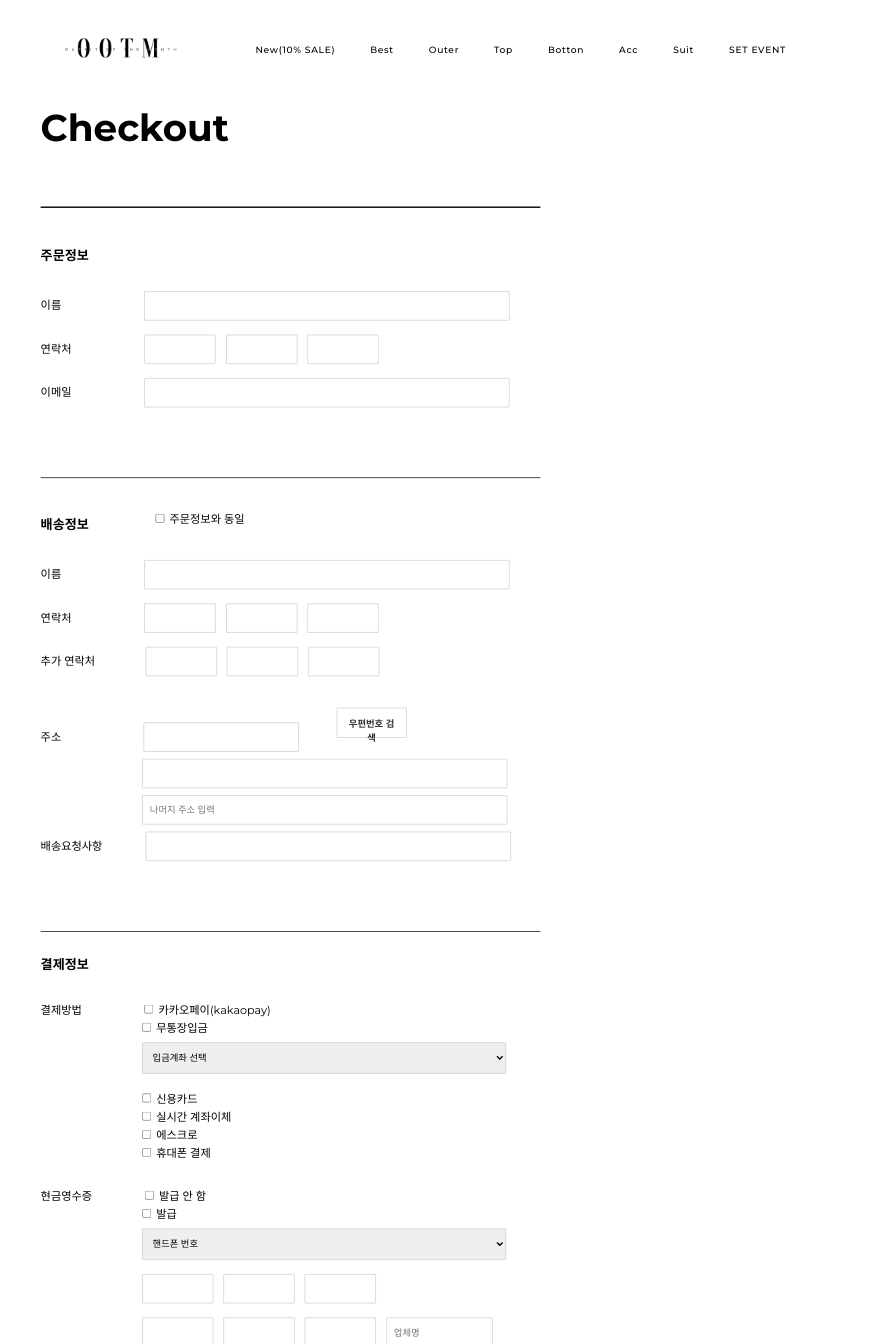
Repository: parkjunhoo/ootm
Page: ootm/src/main/webapp/html/payment_non_members.html
These files come from the project's save history. The page is drawn as it stood at one moment and after the next save; the edit follows.
The browser window is 1280 px wide. The pictures show the part of the page from y = 0 to 1920 px (the page is 3882 px tall), at 70% of full size.

Above is the page before, as saved 2023-04-23 13:07:01.

After the next save:
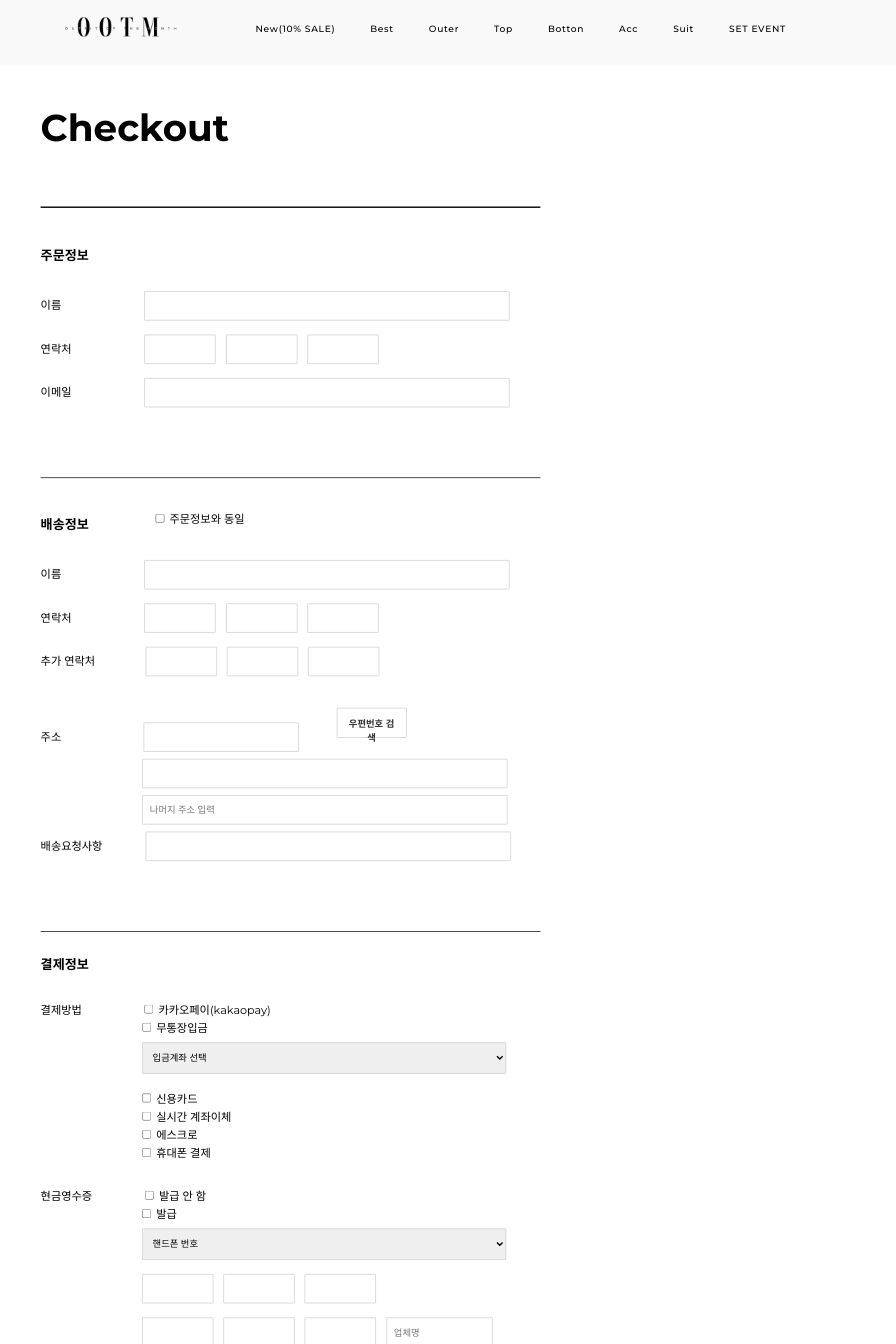
Saved 8 min 52 s later.
--- a/ootm/src/main/webapp/css/payment_non_members_style.css
+++ b/ootm/src/main/webapp/css/payment_non_members_style.css
@@ -5,7 +5,6 @@
 	top: 0;
 	left: 0;
 	right: 0;
-	padding-top: 30px;
 }
 
 .checkout {

After the save that followed:
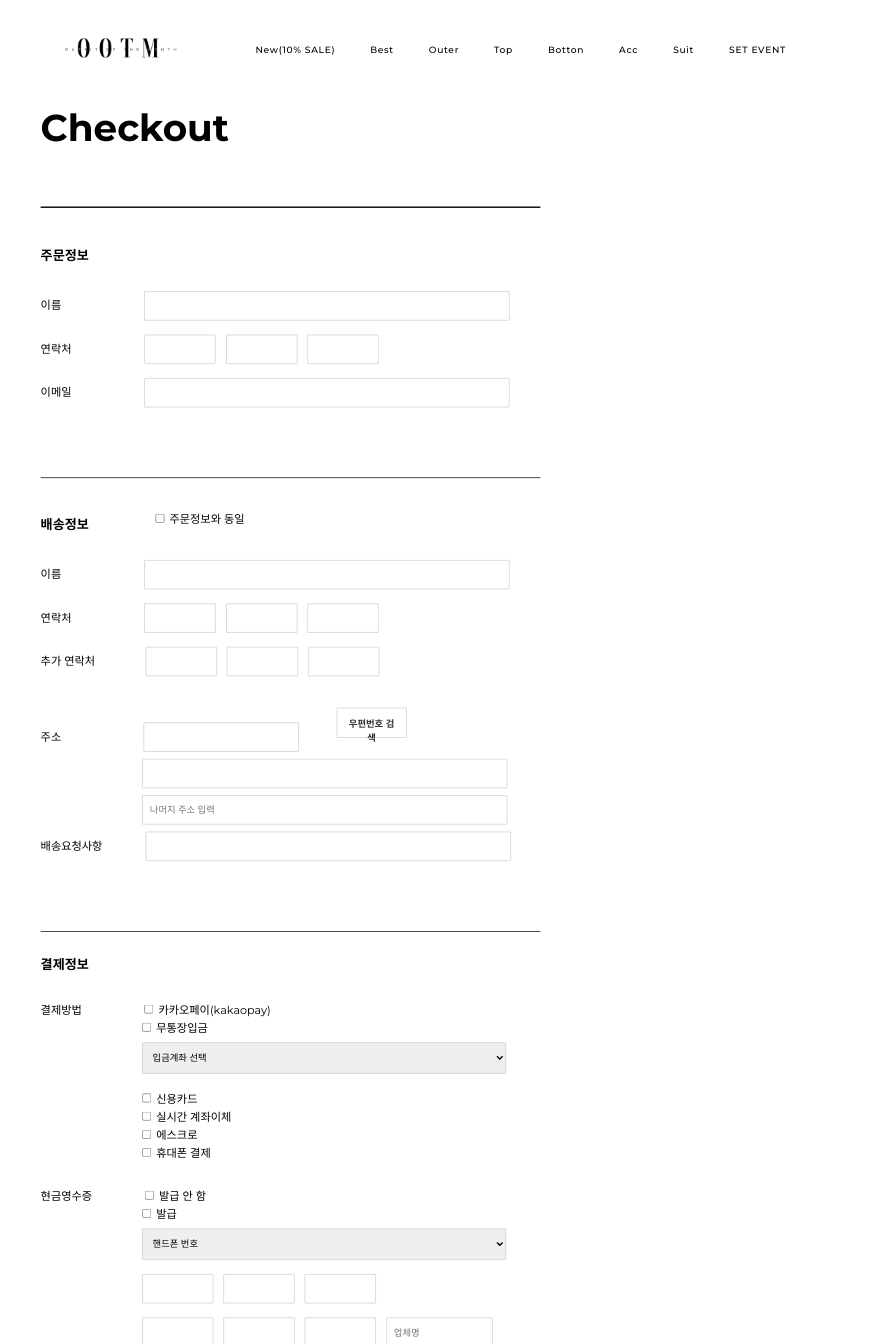
Saved 6 min 27 s later.
--- a/ootm/src/main/webapp/css/payment_non_members_style.css
+++ b/ootm/src/main/webapp/css/payment_non_members_style.css
@@ -5,6 +5,7 @@
 	top: 0;
 	left: 0;
 	right: 0;
+	padding-top: 30px;
 }
 
 .checkout {
